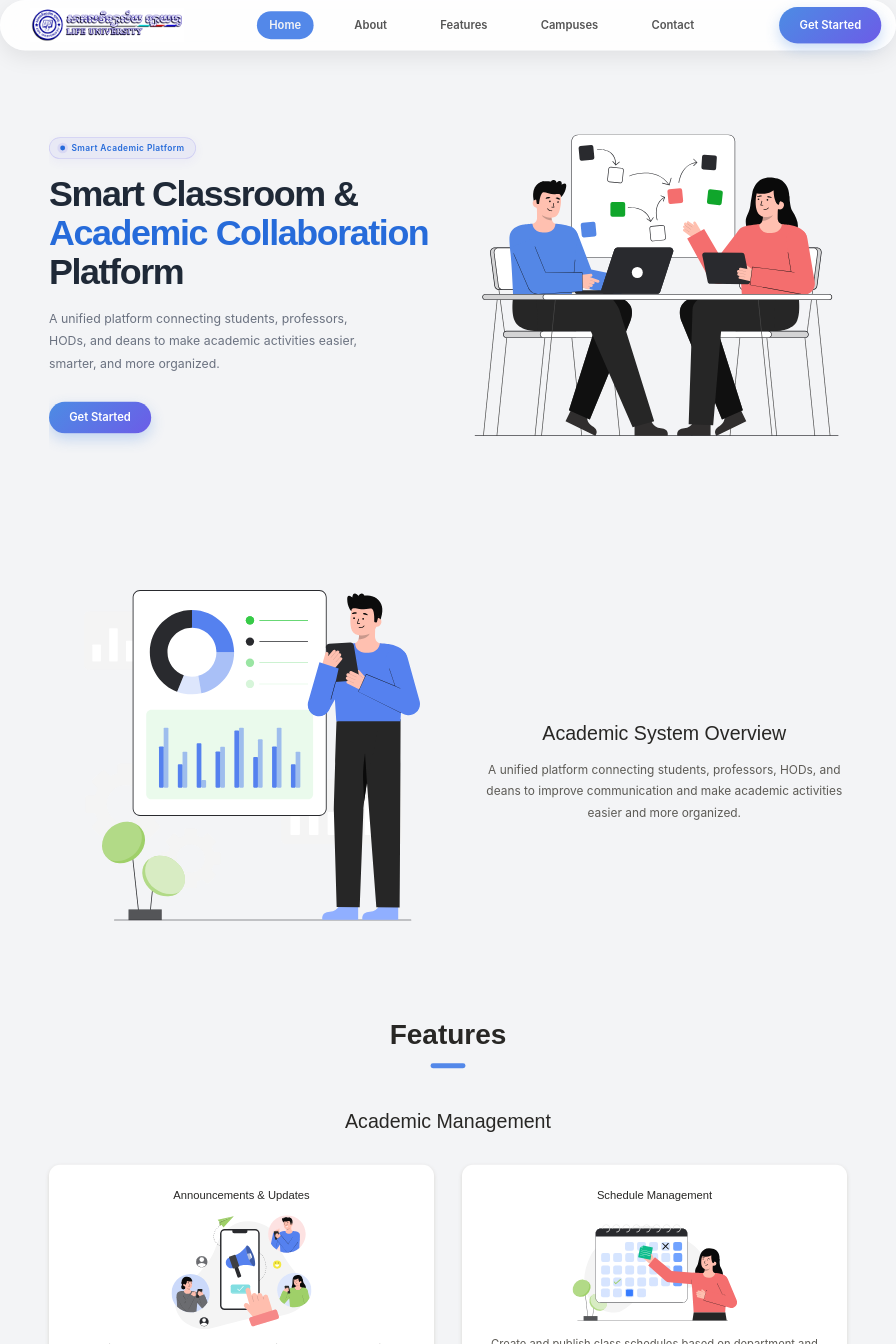
Repository: Chocovcandy/Classroom_Management_System
Page: http://localhost/
These files come from the project's save history. The page is drawn as it stood at one moment and after the next save; the edit follows.
The browser window is 1280 px wide. The pictures show the part of the page from y = 0 to 1920 px (the page is 3326 px tall), at 70% of full size.
Some web libraries are served in a nearby version. The page is served by the project's Laravel application, run on PHP 8.4 with Laravel 12.

Above is the page before, as saved 2026-08-11 10:42:51.

After the next save:
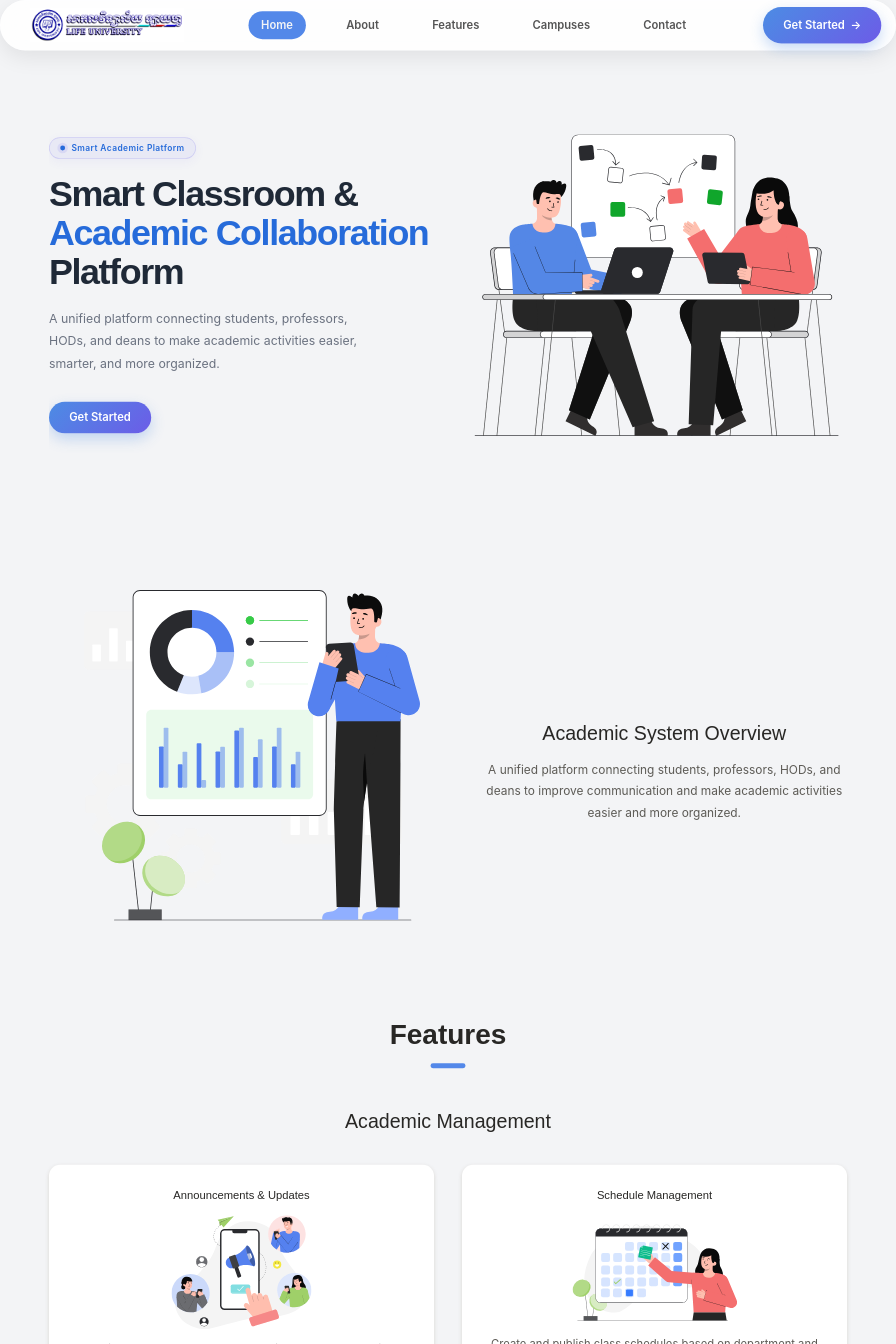
Saved 12 s later.
--- a/resources/views/welcome.blade.php
+++ b/resources/views/welcome.blade.php
@@ -56,11 +56,12 @@
                 <!-- <a href="{{ route('Login_page') }}" class="nav__login">
                     Login
                 </a> -->
-                <div class="home__buttons">
-                    <a href="{{ route('Login_page') }}" class="button">
-                        Get Started
-                    </a>
-                </div>
+               <div class="home__buttons">
+    <a href="{{ route('Login_page') }}" class="button">
+        Get Started
+        <span>→</span>
+    </a>
+</div>
             </div>
         </nav>
     </header>
